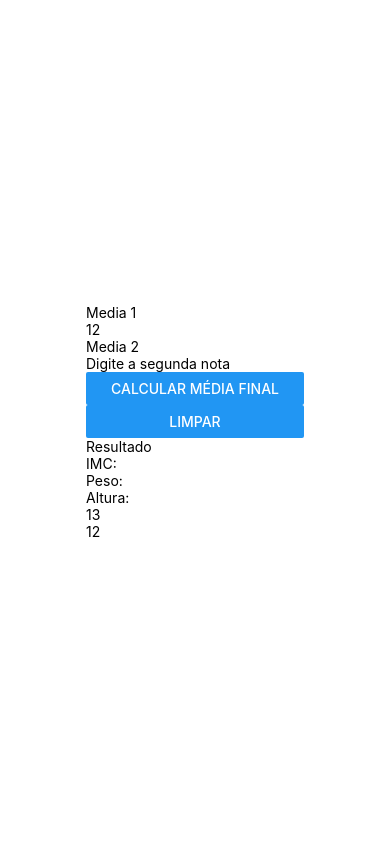
Repository: brksaian/Desenvolvimento_Mobile
Screen: / (app in Trabalhos/calculadoraMedia/)
The author's editor kept a copy of each file at every save. The screen is drawn from the files as they stood at one save, then again after the next save.
The app was drawn by React Native's web renderer in a window 390 px wide. The project was rebuilt for these pictures with package versions that can differ from the ones it lists, and the page was loaded fresh each time. Some packages were replaced by stand-ins written for this rebuild.

Above is the screen before, as saved 2023-08-20 19:11:01.

### Trabalhos/calculadoraMedia/App.js
import { StatusBar } from "expo-status-bar";
import React from "react";
import { StyleSheet, Text, View } from "react-native";
import Main from "./src/components/main";

export default function App() {
  return (
    <View style={styles.container}>
      <Main />
      <StatusBar style="auto" />
    </View>
  );
}

const styles = StyleSheet.create({
  container: {
    flex: 1,
    backgroundColor: "#fff",
    alignItems: "center",
    justifyContent: "center",
  },
});

### Trabalhos/calculadoraMedia/src/components/main/index.js
import React from "react";
import { View } from "react-native";
import Form from "../title";
import ResultMedia from "../result";

export default function Main() {
  return (
    <View>
      <Form />
      <ResultMedia messageResultImc={12} resultImc={13} />
    </View>
  );
}

### Trabalhos/calculadoraMedia/src/components/title/index.js
import React, { useState } from "react";
import { View, Text, TextInput, Button } from "react-native";

import ResultMedia, { CalcularMedia } from "../result";

export default function Form() {
  const [media1, setMedia1] = useState("12");
  const [media2, setMedia2] = useState(null);

  return (
    //conteudo do formulario
    <View>
      <Text>Media 1</Text>
      <TextInput
        placeholder="Digite a primeira nota"
        value={media1}
        onChange={setMedia1}
        keyboardType="numeric"
      />
      <Text>Media 2</Text>
      <TextInput
        placeholder="Digite a segunda nota"
        value={media2}
        onChange={setMedia2}
        keyboardType="numeric"
      />

      <Button
        title="Calcular Média final"
        onPress={(media1, media2) => CalcularMedia(media1, media2)}
      />
      <Button title="Limpar" />

      <Text>Resultado</Text>
      <Text>IMC: </Text>
      <Text>Peso: </Text>
      <Text>Altura: </Text>
    </View>
  );
}

### Trabalhos/calculadoraMedia/src/components/result/index.js
import React, { useState } from "react";
import { View, Text, TextInput, Button } from "react-native";

export default function ResultMedia(props) {
  function CalcularMedia(media1, media2) {
    alert((media1 + media2) / 2);
  }

  return (
    <View>
      <Text>{props.resultImc}</Text>
      <Text>{props.messageResultImc}</Text>
    </View>
  );
}

export function CalcularMedia(media1, media2) {
  return (media1 + media2) / 2;
}

Loaded but not shown: Trabalhos/calculadoraMedia/index.js (common file)

After the next save:
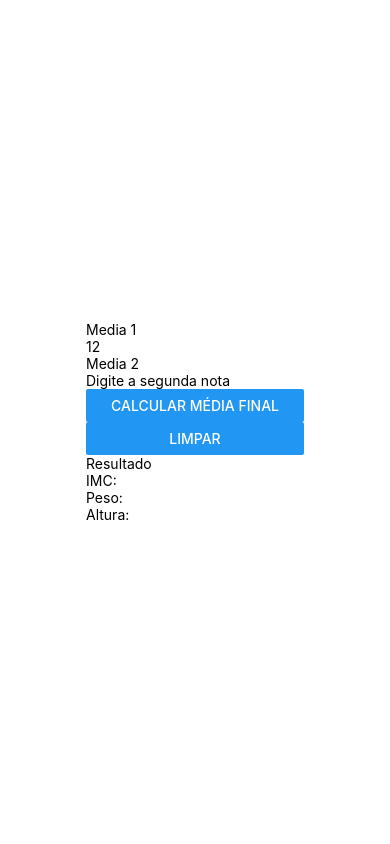
Saved 91 s later.
--- a/Trabalhos/calculadoraMedia/src/components/main/index.js
+++ b/Trabalhos/calculadoraMedia/src/components/main/index.js
@@ -7,7 +7,6 @@ export default function Main() {
   return (
     <View>
       <Form />
-      <ResultMedia messageResultImc={12} resultImc={13} />
     </View>
   );
 }
